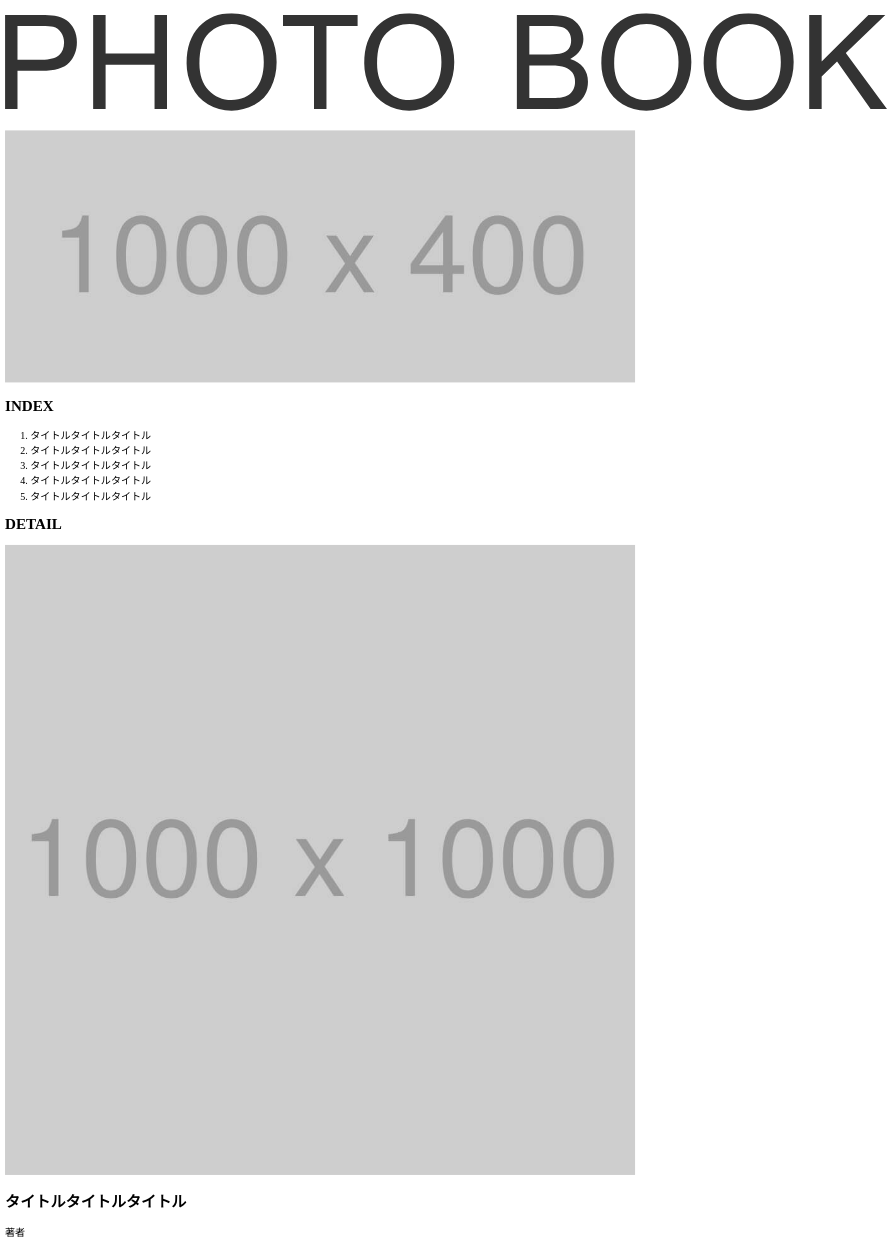
Repository: Fuki-san/photo-book-1
Page: http://localhost/photo
An editor plug-in stored every save of this project. The page is shown before and after a run of saves, followed by the edit.
The browser window is 1280 px wide. The page is 1408 px wide, so the pictures cover 1408 px, including what lies to the right of the window. The pictures show the whole page, at 63% of full size.
The page is served by the project's Laravel application, run on PHP 8.4 with Laravel 10.

Above is the page before, as saved 2023-11-28 15:47:48.

After the next 2 saves:
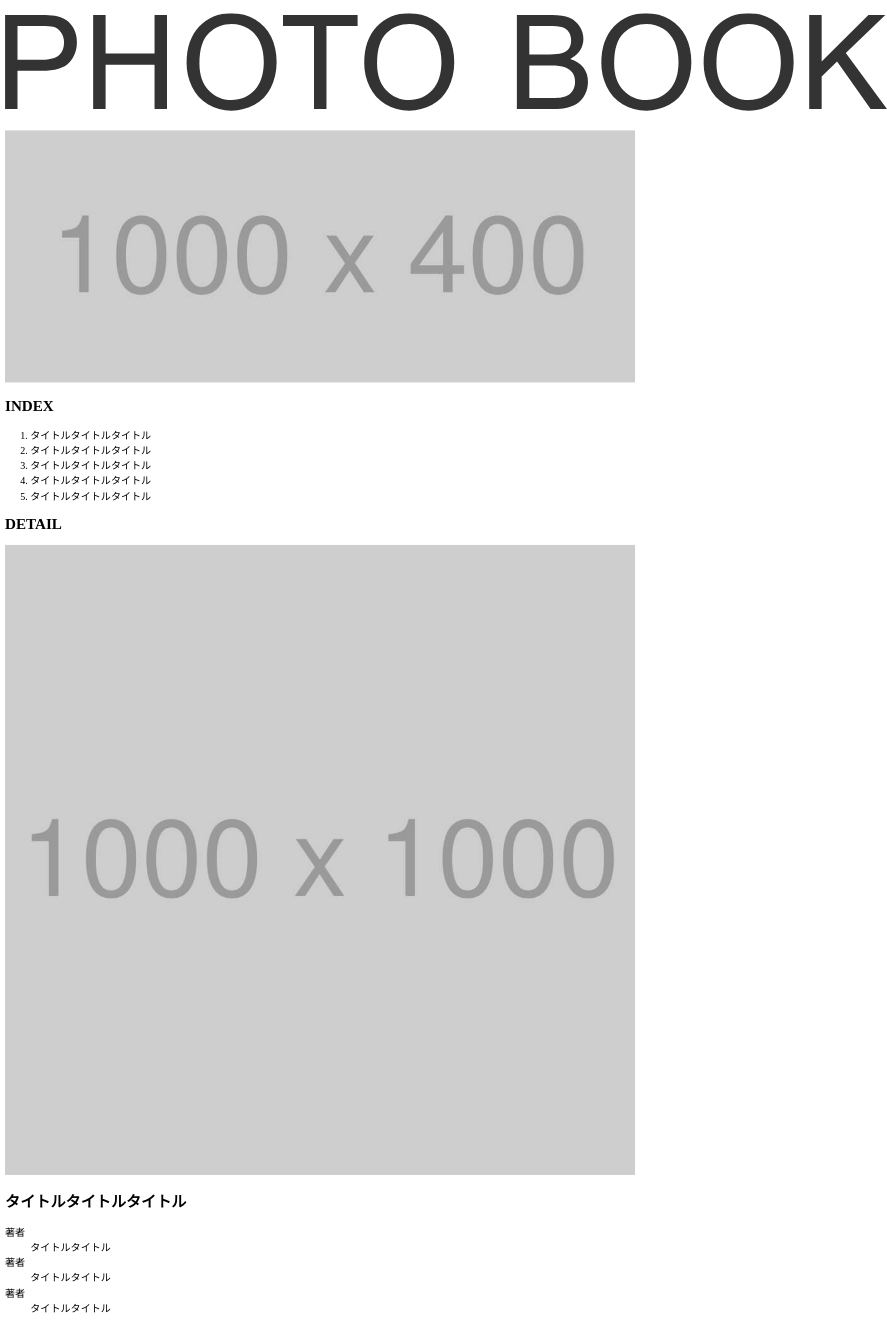
The 2 saves are shown as one change because they came seconds apart.
The last was saved 9 s later.
--- a/resources/views/photo.blade.php
+++ b/resources/views/photo.blade.php
@@ -32,7 +32,9 @@
                     <div class="text">
                         <h2 class="title">タイトルタイトルタイトル</h2>
                         <dl class="detail-deflist">
-                            <dt>著者</dt>
+                            <dt>著者</dt><dd>タイトルタイトル</dd>
+                            <dt>著者</dt><dd>タイトルタイトル</dd>
+                            <dt>著者</dt><dd>タイトルタイトル</dd>
                         </dl>
                     </div>
                 </div>
